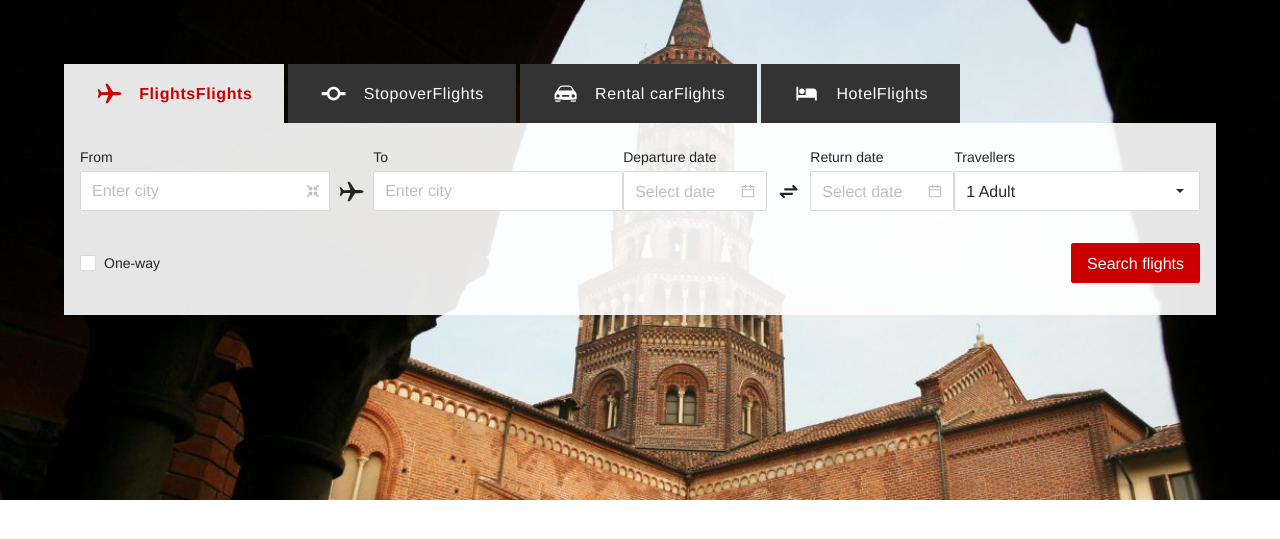
Repository: guidogr95/Everymundo-Excercise
Page: /
These files come from the project's save history. The page is drawn as it stood at one moment and after the next save; the edit follows.
The browser window is 1280 px wide. The pictures show the whole page.
The project was rebuilt for these pictures with package versions that can differ from the ones it lists, and the page was loaded fresh each time. Also part of the build but not shown: src/components/CustomSpin/customspin.scss, src/components/BookingMask/FlightsTab/AirportInputs/AirportInput/airportinput.scss, src/components/BookingMask/FlightsTab/PassengersInput/PassengersInputModal/PassengersControl/passengerscontrol.scss, src/components/BookingMask/FlightsTab/PassengersInput/PassengersInputModal/PassengersControl/index.jsx, src/components/BookingMask/ErrorsNotice/errorsnotice.scss, src/components/BookingMask/ErrorsNotice/index.jsx.

Above is the page before, as saved 2021-07-02 11:20:33.

After the next save:
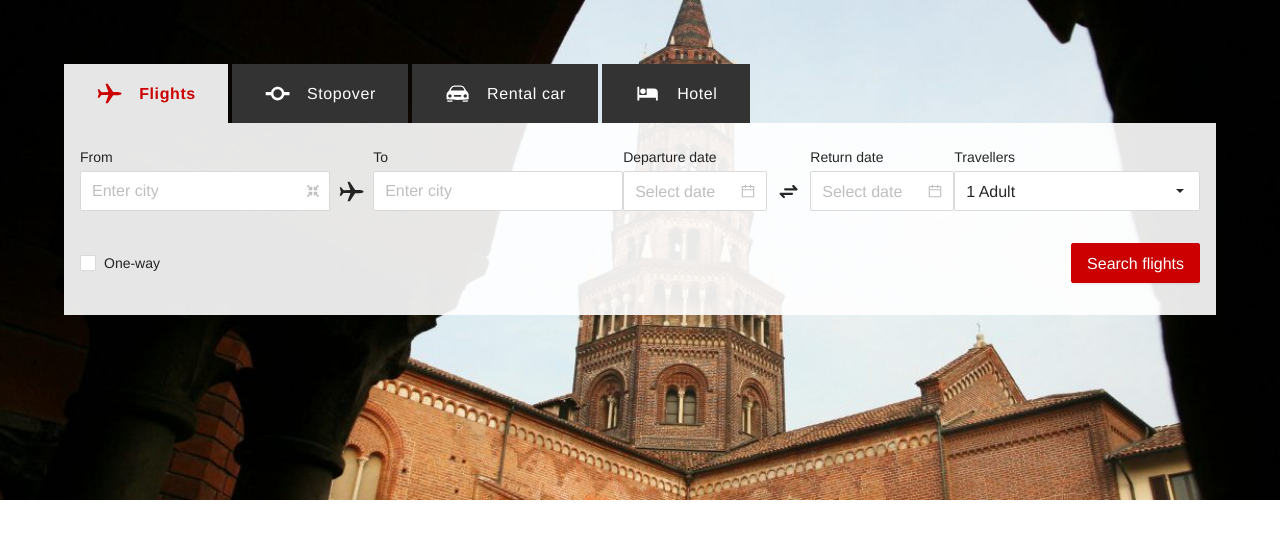
Saved 51 s later.
--- a/src/components/BookingMask/TabButton/index.jsx
+++ b/src/components/BookingMask/TabButton/index.jsx
@@ -7,7 +7,7 @@ export default function TabButton ({ name, onClick, activeTab, icon }) {
       onClick={() => onClick(name)}
       key={name}
     >
-      {icon}<span>{name}</span>Flights
+      {icon}<span>{name}</span>
     </button>
   )
 }
